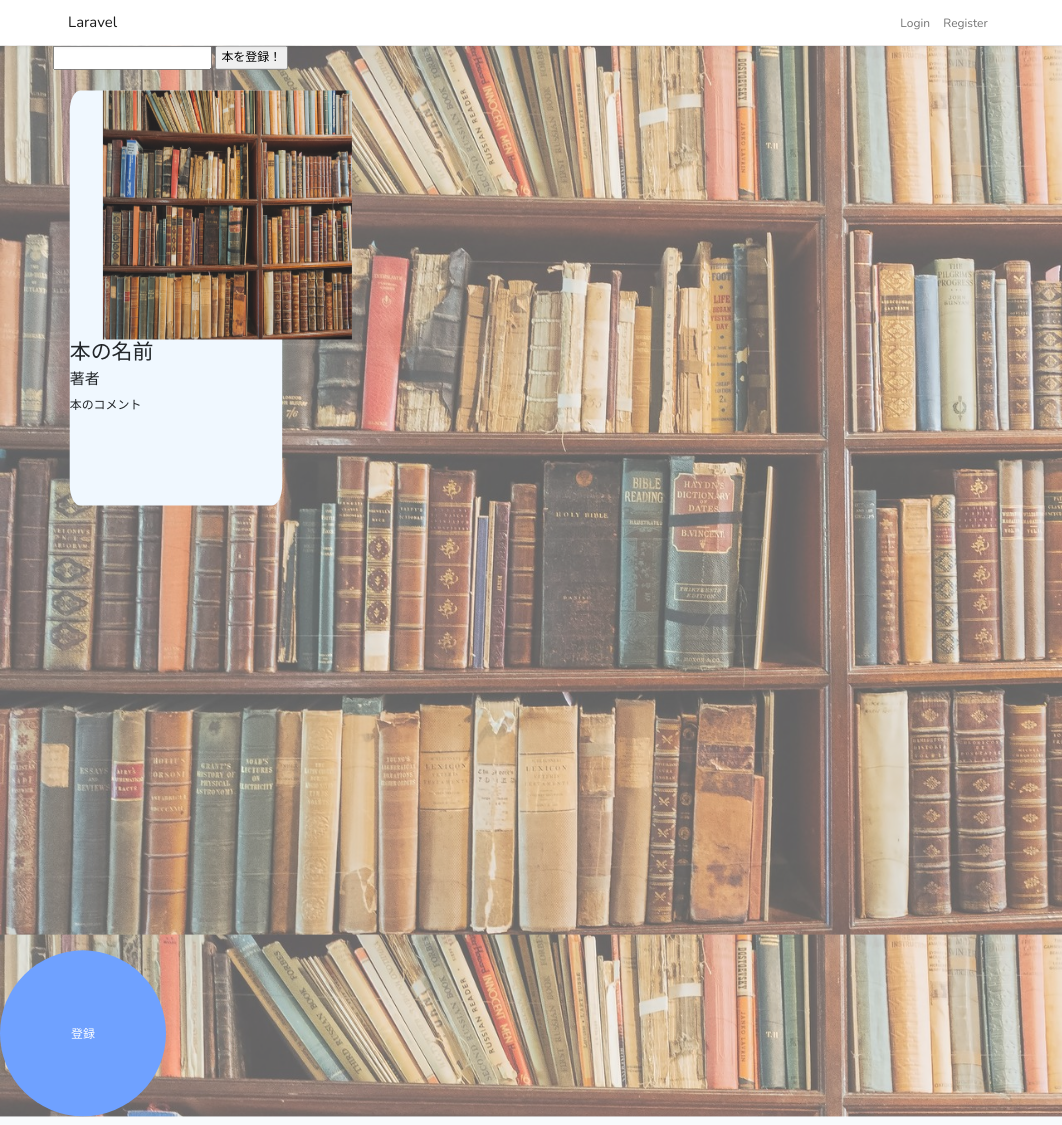
Repository: yamamotoryota1998/Bookreminder
Page: http://localhost/
An editor plug-in stored every save of this project. The page is shown before and after the next save, followed by the edit.
The browser window is 1280 px wide. The pictures show the whole page, at 83% of full size.
The page is served by the project's Laravel application, run on PHP 8.4 with Laravel 9. Style sheets and scripts are compiled from the project's sources, by tool versions that may differ from the author's.

Above is the page before, as saved 2023-04-07 17:12:10.

After the next save:
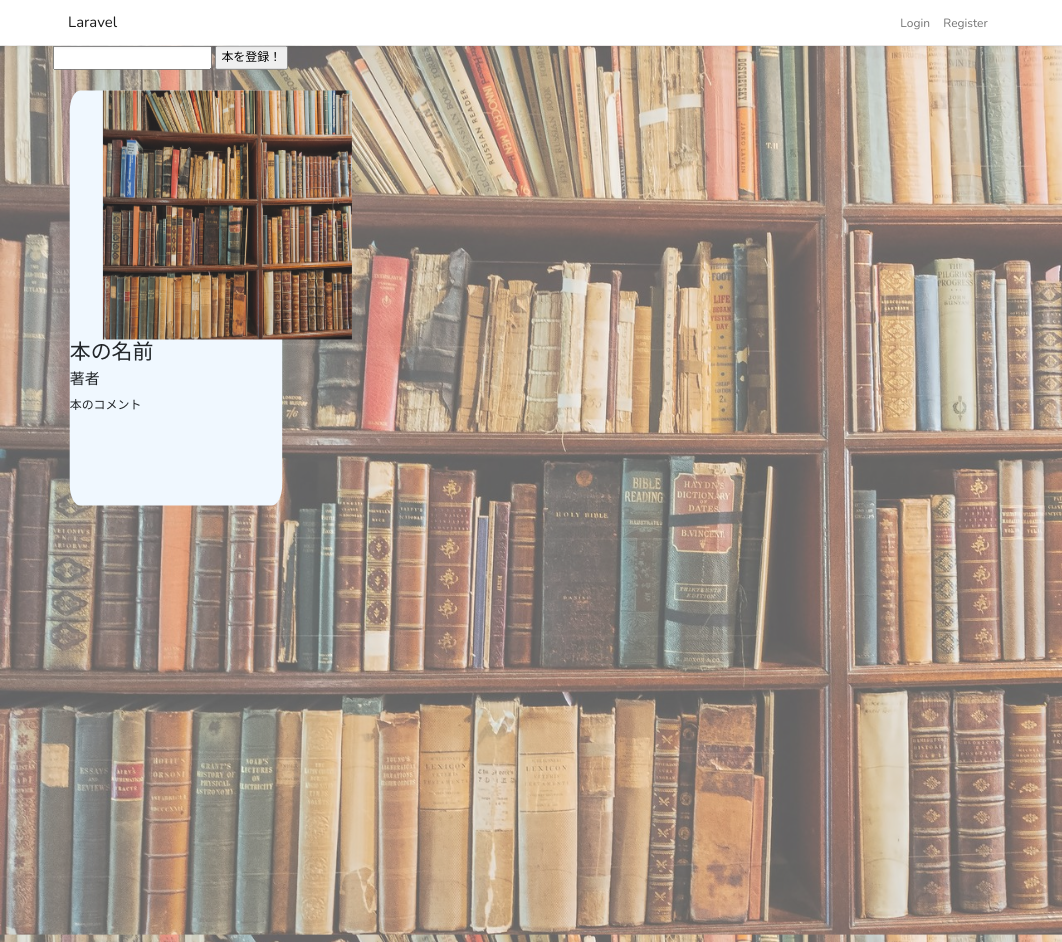
Saved 76 s later.
--- a/resources/views/home.blade.php
+++ b/resources/views/home.blade.php
@@ -15,6 +15,5 @@
             <p class="book-comment">本のコメント</p>
         </div>
     </div>
-    <a href="#" class="regist-button">登録</a>
 </div>
 @endsection
